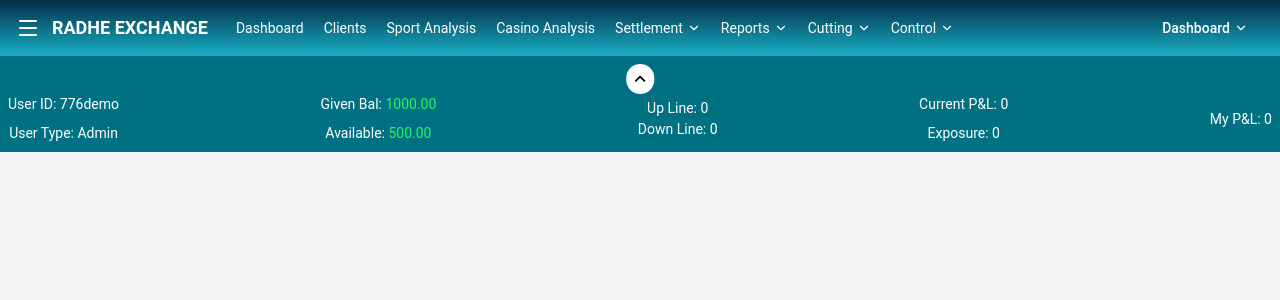
Repository: Habeebur1493/Radhe-Exchange
Page: /dashboard (app in frontend/), after clicking the first element matching `div.cursor-pointer`
An editor plug-in stored every save of this project. The page is shown before and after the next save, followed by the edit.
The browser window is 1280 px wide. The pictures show the whole page.
Some web libraries are served in a nearby version. The project was rebuilt for these pictures with package versions that can differ from the ones it lists, and the page was loaded fresh each time. Also part of the build but not shown: frontend/vite.config.js, frontend/src/components/login.jsx, frontend/src/components/Register.jsx.

Above is the page before, as saved 2025-03-04 11:21:16.

### frontend/index.html
<!doctype html>
<html lang="en">
  <head>
    <meta charset="UTF-8" />
    <meta name="viewport" content="width=device-width, initial-scale=1.0" />
    <link
    href="https://cdn.jsdelivr.net/npm/remixicon@4.5.0/fonts/remixicon.css"
    rel="stylesheet"
/>
<link rel="stylesheet" href="https://cdnjs.cloudflare.com/ajax/libs/font-awesome/6.7.2/css/all.min.css" integrity="sha512-Evv84Mr4kqVGRNSgIGL/F/aIDqQb7xQ2vcrdIwxfjThSH8CSR7PBEakCr51Ck+w+/U6swU2Im1vVX0SVk9ABhg==" crossorigin="anonymous" referrerpolicy="no-referrer" />
    <title>Radheexch | Admin</title>

  </head>
  <body>
    <div id="root"></div>
    <script type="module" src="/src/main.jsx"></script>
  </body>
</html>

### frontend/src/App.jsx
import React from "react";
import "./App.css";
import { Navigate, Routes, Route } from "react-router-dom";
import Login from "./components/login";
import Register from "./components/Register";
import Dashboard from "./components/dashboard";

const App = () => {
  return (
    <div>
      <Routes>
        <Route path="/" element={<Navigate to="/login" />} />
        <Route path="/login" element={<Login />} />
        <Route path="/register" element={<Register />} />
        <Route path="/dashboard" element={<Dashboard />} />
      </Routes>
    </div>
  );
};

export default App;

### frontend/src/App.css
@import "tailwindcss";

@import url('https://fonts.googleapis.com/css2?family=Roboto:ital,wght@0,100..900;1,100..900&display=swap');

:root {
    --primary-background: linear-gradient(#022d45, #18b0c7);
    --secondary-background: linear-gradient(#5dcbde, #075366);
    --tertiary-background: linear-gradient(#007182, #4ab4c7);
}

.main{
    background: var(--primary-background);
    font-family: "Roboto", sans-serif;
}

.btn{
    background: var(--secondary-background);
    font-family: "Roboto", sans-serif;
}

nav{
    background: var(--primary-background);
    font-family: "Roboto", sans-serif;
    font-size: 14px;
}
.dashboard{
    font-family: "Roboto", sans-serif;
    font-size: 14px;
}

.sidebar{
    background: var(--tertiary-background);
    font-family: "Roboto", sans-serif;
    font-size: 14px;
}

### frontend/src/components/dashboard.jsx
import React, { useState } from "react";
import { Menu, ChevronDown } from "lucide-react";

const Dashboard = () => {
  const [sidebarOpen, setSidebarOpen] = useState(false);
  const [isDropdownOpen, setIsDropdownOpen] = useState(false);
  const [isOpen, setIsOpen] = useState(false);

  return (
    <div className="dashboard min-h-screen bg-gray-100 overflow-x-hidden">
      {/* Navbar */}
      <nav className="bg-[--primary-background] text-white flex items-center h-14 px-4 shadow-md">
        {/* Left Section: Logo & Menu Button */}
        <div className="flex items-center space-x-3">
          <button
            onClick={() => setSidebarOpen(!sidebarOpen)}
            className="text-white"
          >
            <Menu size={24} />
          </button>
          <h1 className="text-lg font-bold">RADHE EXCHANGE</h1>
        </div>

        {/* Navbar Links (Now Closer to H1) */}
        <div className="ml-6 flex items-center">
          <ul className="hidden md:flex space-x-3">
            {["Dashboard", "Clients", "Sport Analysis", "Casino Analysis"].map(
              (item) => (
                <li key={item}>
                  <a
                    href="#"
                    className="h-14 flex items-center px-1 hover:bg-[#18b0c7] transition-all duration-200 ease-in-out"
                  >
                    {item}
                  </a>
                </li>
              )
            )}

            {/* Dropdown Menus */}
            {["Settlement"].map((item) => (
              <li key={item} className="relative group">
                <button className="h-14 flex items-center px-1 hover:bg-[#18b0c7] transition-all duration-200 ease-in-out">
                  {item}
                  <ChevronDown size={14} className="ml-1" />
                </button>

                {/* Dropdown - Show on Hover but only inside the navbar */}
                <div className="absolute left-0 mt-0 w-40 bg-[#16a2ba] text-white opacity-0 invisible group-hover:opacity-100 group-hover:visible transition-all duration-200 ease-in-out">
                  <a
                    href="#"
                    className="block px-4 py-2 hover:bg-[#107a8d] border-b border-gray-500"
                  >
                    User
                  </a>
                  <a href="#" className="block px-4 py-2 hover:bg-[#107a8d]">
                    Master
                  </a>
                </div>
              </li>
            ))}
            {/* Dropdown Menus */}
            {["Reports"].map((item) => (
              <li key={item} className="relative group">
                <button className="h-14 flex items-center px-1 hover:bg-[#18b0c7] transition-all duration-200 ease-in-out">
                  {item}
                  <ChevronDown size={14} className="ml-1" />
                </button>

                {/* Dropdown - Show on Hover */}
                <div className="absolute left-0 mt-0 w-40 bg-[#16a2ba] text-white opacity-0 invisible group-hover:opacity-100 group-hover:visible transition-all duration-200 ease-in-out">
                  <a
                    href="#"
                    className="block px-4 py-2 hover:bg-[#107a8d] border-b-1 border-gray-500"
                  >
                    User Detail
                  </a>
                  <a
                    href="#"
                    className="block px-4 py-2 hover:bg-[#107a8d] border-b-1 border-gray-500"
                  >
                    Account Satatement
                  </a>
                  <a
                    href="#"
                    className="block px-4 py-2 hover:bg-[#107a8d]  border-b-1 border-gray-500"
                  >
                    Settlement/Balance Report
                  </a>
                  <a
                    href="#"
                    className="block px-4 py-2 hover:bg-[#107a8d]  border-b-1 border-gray-500"
                  >
                    Transaction Report
                  </a>
                  <a
                    href="#"
                    className="block px-4 py-2 hover:bg-[#107a8d]  border-b-1 border-gray-500"
                  >
                    Current Bets
                  </a>
                  <a
                    href="#"
                    className="block px-4 py-2 hover:bg-[#107a8d]  border-b-1 border-gray-500"
                  >
                    Profit & Loss Report
                  </a>
                  <a
                    href="#"
                    className="block px-4 py-2 hover:bg-[#107a8d]  border-b-1 border-gray-500"
                  >
                    Event Profit & Loss Report
                  </a>
                  <a
                    href="#"
                    className="block px-4 py-2 hover:bg-[#107a8d]  border-b-1 border-gray-500"
                  >
                    Bet History
                  </a>
                  <a
                    href="#"
                    className="block px-4 py-2 hover:bg-[#107a8d]  border-b-1 border-gray-500"
                  >
                    Live Bets
                  </a>
                  <a
                    href="#"
                    className="block px-4 py-2 hover:bg-[#107a8d] border-b-1 border-gray-500"
                  >
                    Sports Revenue
                  </a>
                  <a
                    href="#"
                    className="block px-4 py-2 hover:bg-opacity-50  border-b-1 border-gray-500"
                  >
                    IP lookup
                  </a>
                </div>
              </li>
            ))}
            {/* Dropdown Menus */}
            {["Cutting"].map((item) => (
              <li key={item} className="relative group">
                <button className="h-14 flex items-center px-1 hover:bg-[#18b0c7] transition-all duration-200 ease-in-out">
                  {item}
                  <ChevronDown size={14} className="ml-1" />
                </button>

                {/* Dropdown - Show on Hover */}
                <div className="absolute left-0 mt-0 w-40 bg-[#16a2ba] text-white opacity-0 invisible group-hover:opacity-100 group-hover:visible transition-all duration-200 ease-in-out">
                  <a
                    href="#"
                    className="block px-4 py-2 hover:bg-[#107a8d]  border-b-1 border-gray-500"
                  >
                    Agent Master
                  </a>
                  <a href="#" className="block px-4 py-2 hover:bg-[#107a8d]">
                    Cutting History
                  </a>
                </div>
              </li>
            ))}
            {/* Dropdown Menus */}
            {["Control"].map((item) => (
              <li key={item} className="relative group">
                <button className="h-14 flex items-center px-1 hover:bg-[#18b0c7] transition-all duration-200 ease-in-out">
                  {item}
                  <ChevronDown size={14} className="ml-1" />
                </button>

                {/* Dropdown - Show on Hover */}
                <div className="absolute left-0 mt-0 w-40 bg-[#16a2ba] text-white opacity-0 invisible group-hover:opacity-100 group-hover:visible transition-all duration-200 ease-in-out">
                  <a
                    href="#"
                    className="block px-4 py-2 hover:bg-[#107a8d]  border-b-1 border-gray-500"
                  >
                    Game
                  </a>
                  <a href="#" className="block px-4 py-2 hover:bg-[#107a8d]">
                    Casino
                  </a>
                </div>
              </li>
            ))}
          </ul>
        </div>

        {/* Move Dashboard Dropdown to the Right */}
        <div className="ml-auto">
          <ul className="hidden md:flex text-sm font-medium">
            <li className="relative">
              <button
                onClick={() => setIsDropdownOpen(!isDropdownOpen)}
                className="flex items-center space-x-1 focus:outline-none px-4 h-14"
              >
                <span>Dashboard</span>
                <ChevronDown size={14} />
              </button>

              {/* Dropdown Menu - Shows on Click */}
              {isDropdownOpen && (
                <div className="absolute h-20 right-5 w-40 bg-white text-gray-800 shadow-md rounded-md">
                  <a href="#" className="block px-4 py-2 hover:bg-gray-200">
                    Change Password
                  </a>
                  <a href="#" className="block px-4 py-2 hover:bg-gray-200">
                    Log Out
                  </a>
                </div>
              )}
            </li>
          </ul>
        </div>
      </nav>

      {/* Header */}
      <header className="bg-[#007182] p-2  ">
        {/* Dropdown Toggle */}
        <div
          className="cursor-pointer flex items-center justify-center"
          onClick={() => setIsOpen(!isOpen)}
        >
          <i
            className={`fa-solid fa-angle-down bg-white text-black font-bold rounded-full p-2 transition-transform ${
              isOpen ? "rotate-180" : ""
            }`}
          ></i>
        </div>

        {/* Dropdown Content */}
        {isOpen && (
          <div className="bg-[#007182]  transition-all duration-300">
            <div className="flex justify-between items-center text-white text-[14px">
              <div className="flex flex-col text-center gap-2">
                <h4>User ID: 776demo</h4>
                <h4>User Type: Admin</h4>
              </div>

              <div className="flex flex-col text-center gap-2">
                <h4>Given Bal: <span className="text-[#20fa5e]">1000.00</span></h4>
                <h4>Available:  <span className="text-[#20fa5e]">500.00</span></h4>
              </div>

              <div className="flex flex-col text-center">
                <h4>Up Line: 0</h4>
                <h4>Down Line: 0</h4>
              </div>

              <div className="flex flex-col text-center gap-2">
                <h4>Current P&L:         0</h4>
                <h4>Exposure: 0</h4>
              </div>

              <div className="flex flex-col text-center gap-2">
                <h4>My P&L: 0</h4>
              </div>
            </div>
          </div>
        )}
      </header>

      {/* Sidebar */}
      {sidebarOpen && (
        <div className="sidebar bg-[--tertiary-background] shadow-lg w-60 h-full absolute top-[56px] left-0 p-2">
          <ul className="space-y-2 text-gray-800">
            {[
              "Dashboard",
              "Clients",
              "Sport Analysis",
              "Casino Analysis",
              "Settlement",
              "Reports",
              "Cutting",
              "Control",
            ].map((item) => (
              <li key={item}>
                <a
                  href="#"
                  className="block hover:bg-gray-200 p-2 rounded transition-all duration-200 ease-in-out"
                >
                  {item}
                </a>
              </li>
            ))}
          </ul>
        </div>
      )}
    </div>
  );
};

export default Dashboard;

Loaded but not shown: frontend/src/main.jsx (common file)

After the next save:
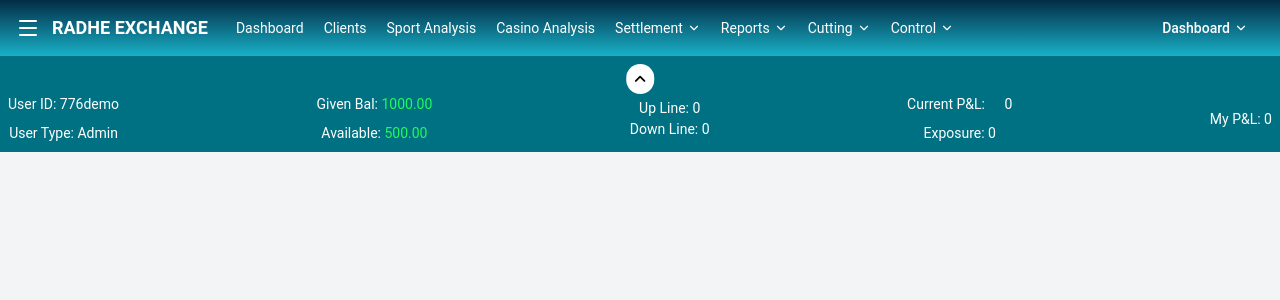
Saved 39 s later.
--- a/frontend/src/components/dashboard.jsx
+++ b/frontend/src/components/dashboard.jsx
@@ -247,8 +247,8 @@
               </div>
 
               <div className="flex flex-col text-center gap-2">
-                <h4>Current P&L:         0</h4>
-                <h4>Exposure: 0</h4>
+                <h4>Current P&L: <span className="ml-4">0</span></h4>
+                <h4>Exposure: <span>0</span></h4>
               </div>
 
               <div className="flex flex-col text-center gap-2">

After the 2 saves that followed:
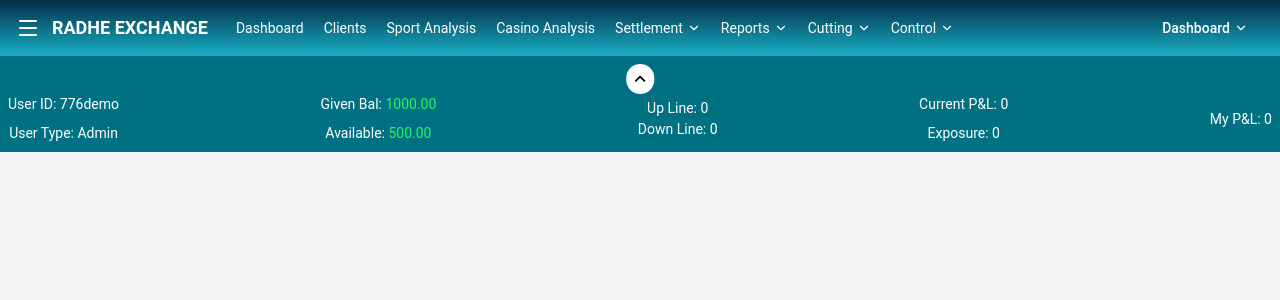
The 2 saves are shown as one change because 1 left the picture as it was.
The last was saved 48 s later.
--- a/frontend/src/components/dashboard.jsx
+++ b/frontend/src/components/dashboard.jsx
@@ -247,7 +247,7 @@
               </div>
 
               <div className="flex flex-col text-center gap-2">
-                <h4>Current P&L: <span className="ml-4">0</span></h4>
+                <h4>Current P&L: <span >0</span></h4>
                 <h4>Exposure: <span>0</span></h4>
               </div>
 
